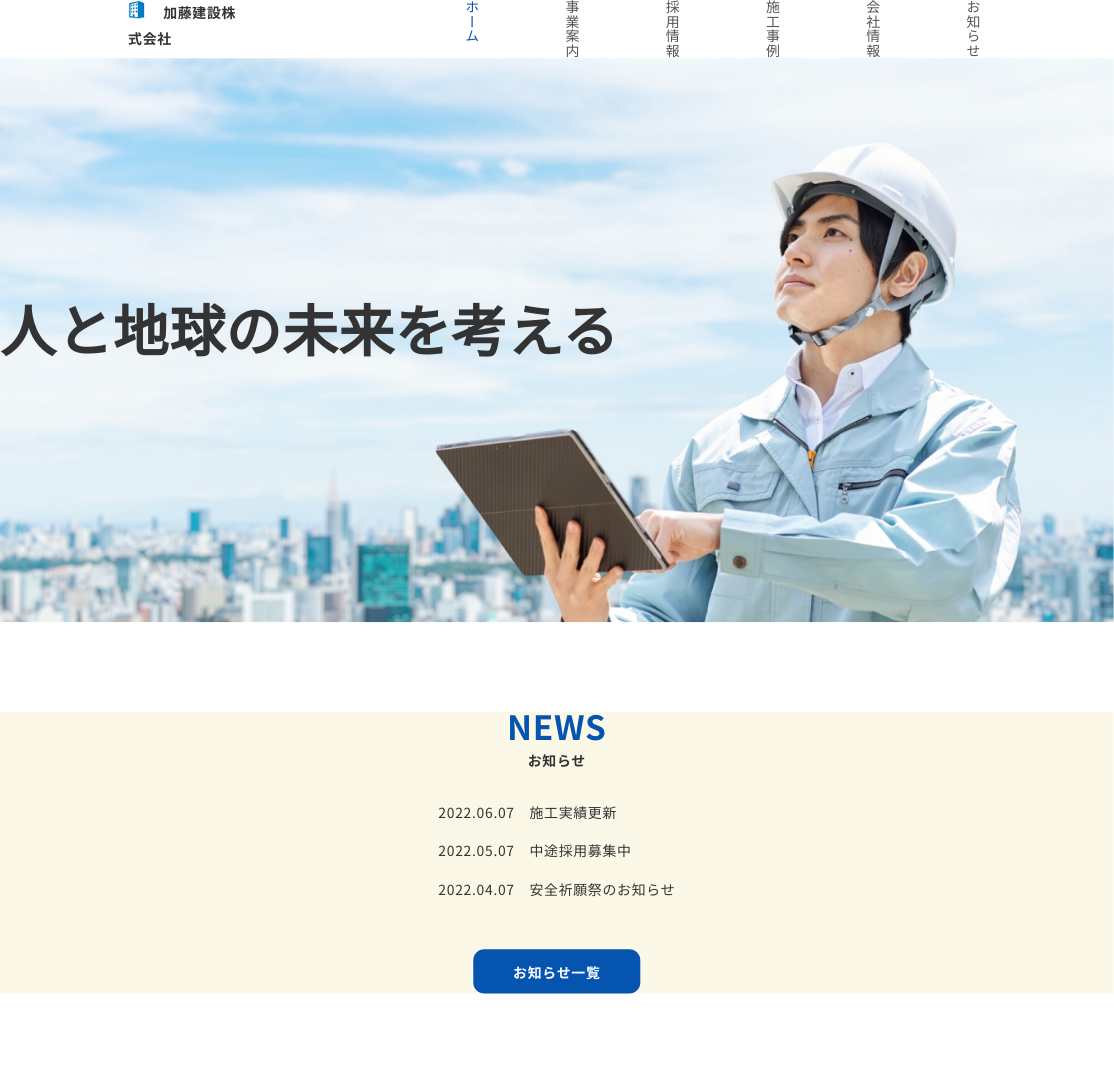
Repository: nozomi-23/hp1_test
Page: index.html
An editor plug-in stored every save of this project. The page is shown before and after a run of saves, followed by the edit.
The browser window is 1280 px wide. The pictures show the whole page, at 87% of full size.

Above is the page before, as saved 2022-06-12 11:21:58.

After the next 2 saves:
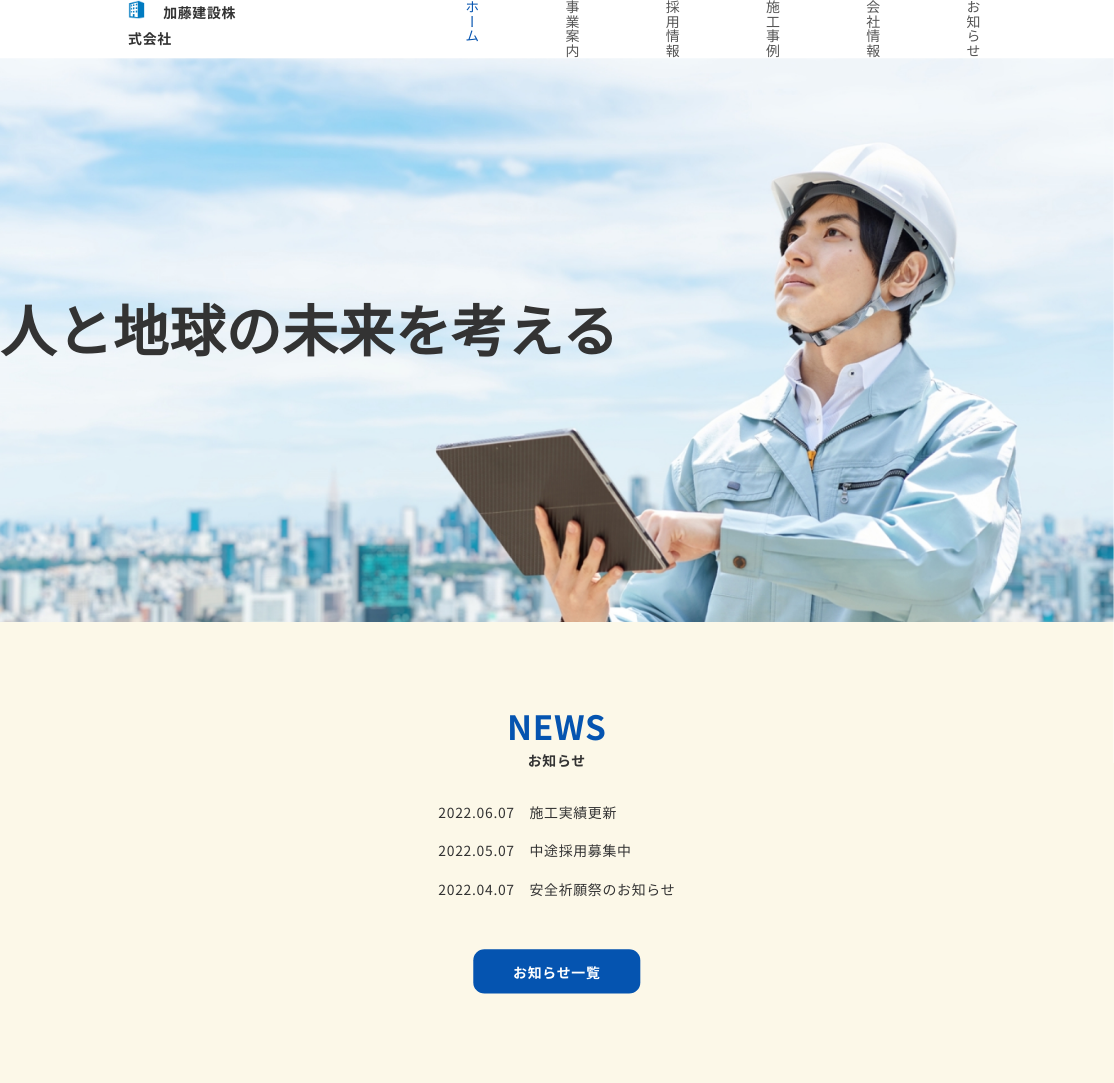
The 2 saves are shown as one change because they came seconds apart.
The last was saved 94 s later.
--- a/css/common1.css
+++ b/css/common1.css
@@ -15,7 +15,7 @@ a {
   text-decoration: none;
 }
 .section {
-  margin: 8% 0;
+  padding: 8% 0;
 }
 
 
